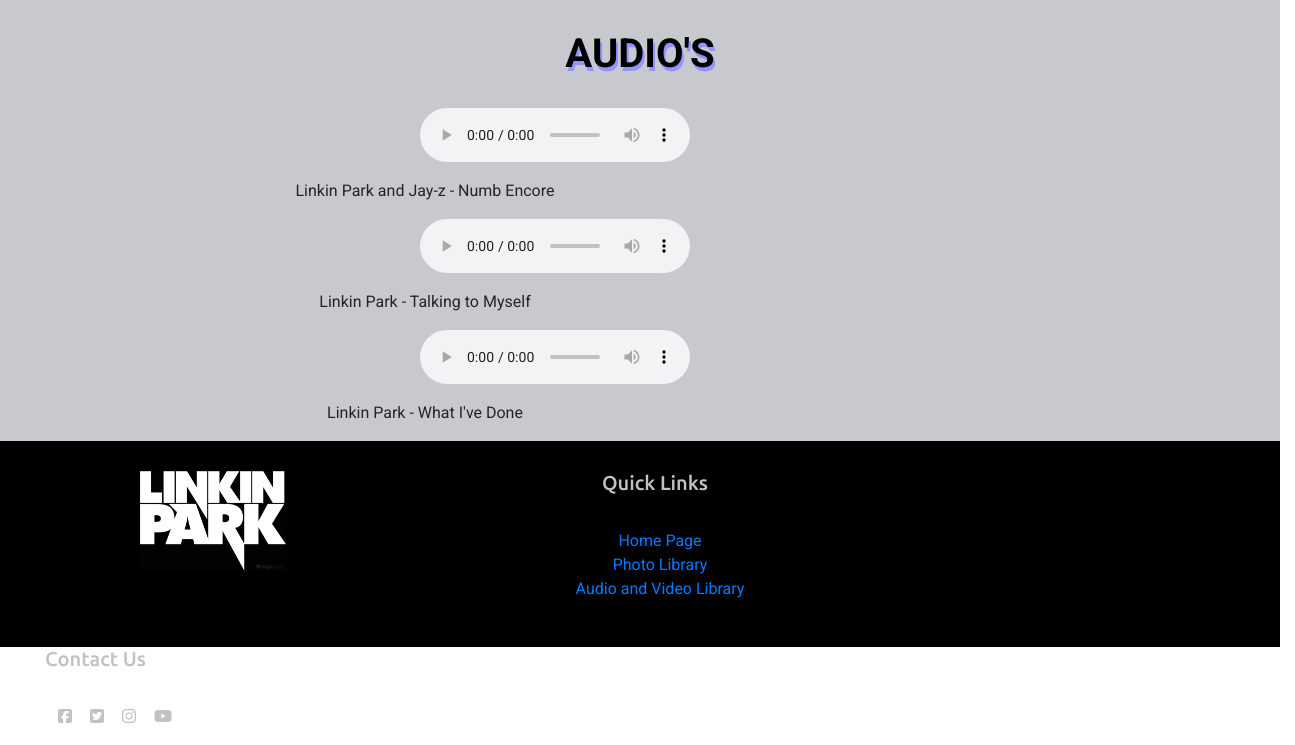
Repository: vaida898/website
Page: audio-video.html
The author's editor kept a record of every edit. The page is drawn from the files as they stood at one moment, then again after the next edit.
The browser window is 1280 px wide. The page is 1295 px wide, so the pictures cover 1295 px, including what lies to the right of the window. The pictures show the part of the page from y = 1471 to 2216 px (the page is 2216 px tall).
Some web libraries are served in a nearby version.

Above is the page before.
Console error: TypeError: Cannot read properties of undefined (reading 'fn')

After the next edit:
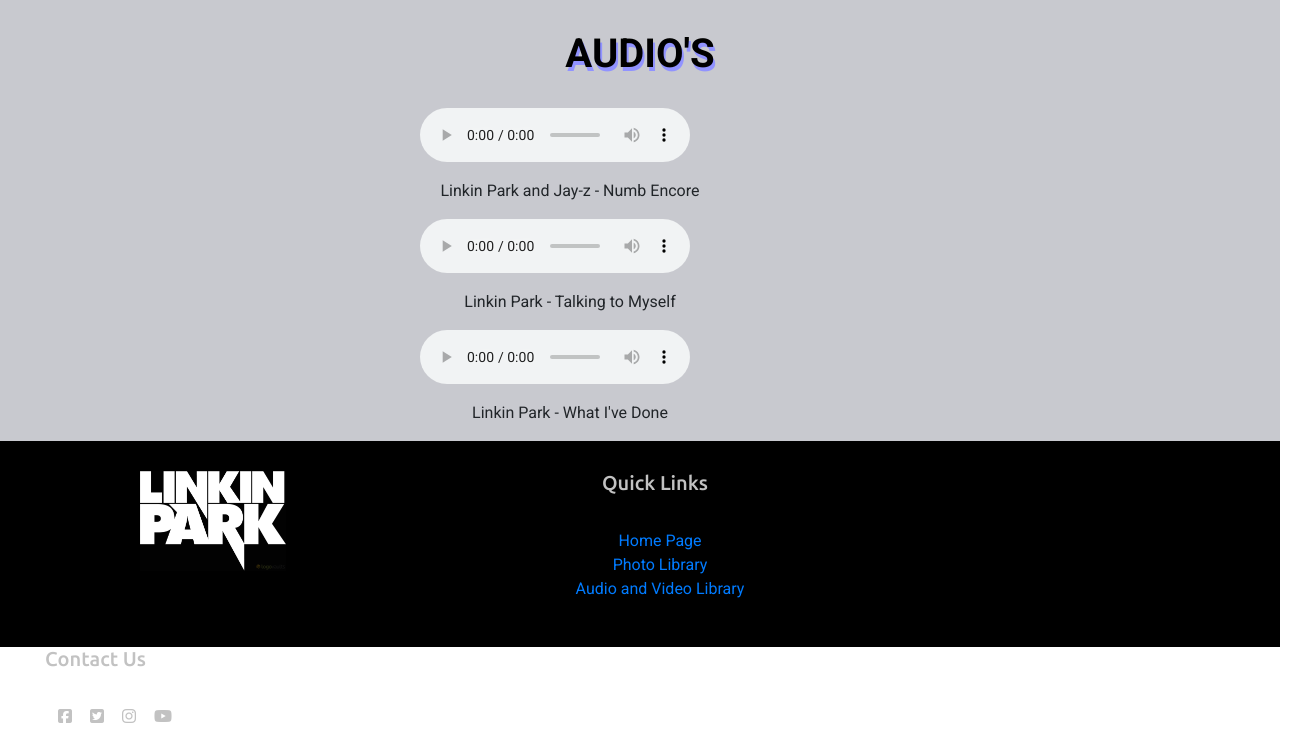
The edit:
--- a/css/style.css
+++ b/css/style.css
@@ -323,8 +323,8 @@
 
 .comment {
     font-family: 'Roboto', sans-serif;
-    font-weight: 400i;
-    margin-left: 60px;
+    font-weight: 400;
+    margin-left: 350px;
     margin-top: 10px;
     text-align: center;
 }
